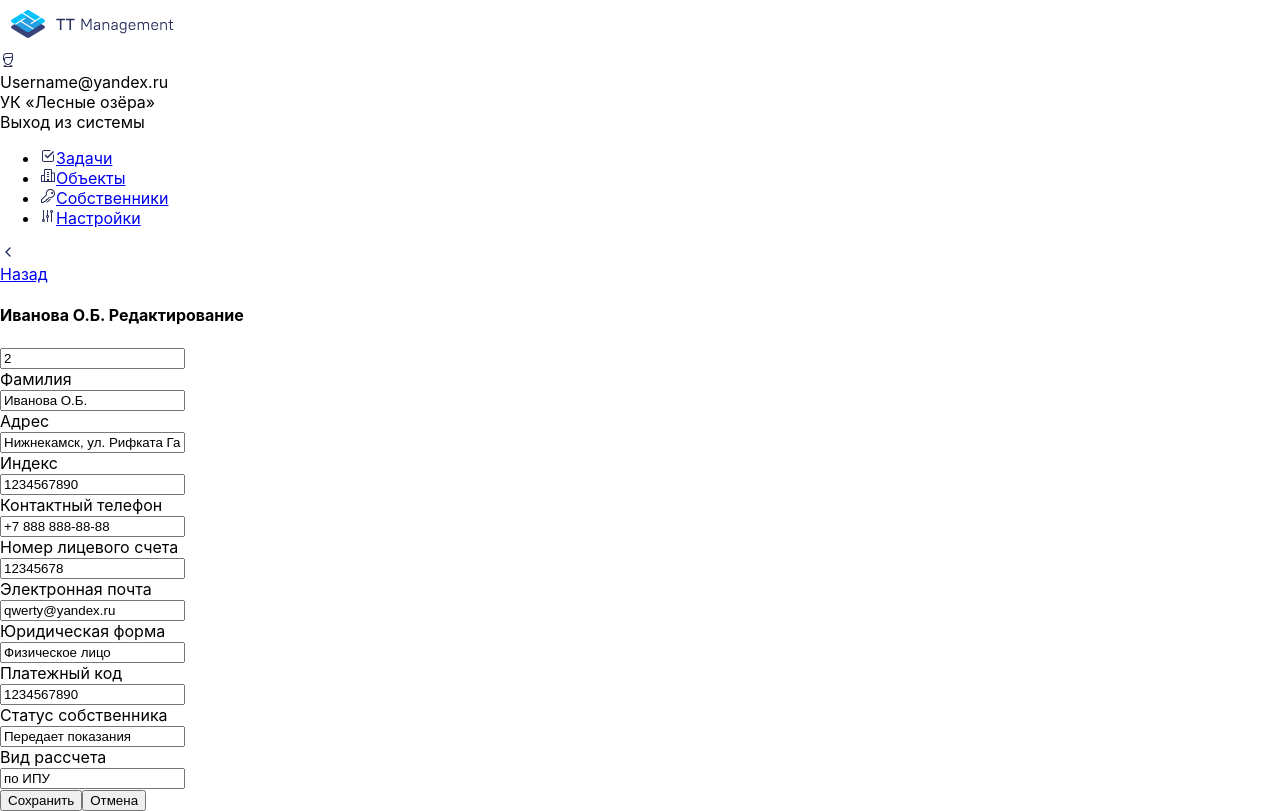
Repository: TryBr/tt-management
Page: /owners/1/edit
The author's editor kept a copy of each file at every save. The page is drawn from the files as they stood at one save, then again after the next save.
The browser window is 1280 px wide. The pictures show the whole page.
The project was rebuilt for these pictures with package versions that can differ from the ones it lists, and the page was loaded fresh each time. Also part of the build but not shown: src/App.css, src/TaskDetail.js, src/Owners.js, src/OwnerDetail.js.

Above is the page before, as saved 2020-07-21 14:09:49.

After the next save:
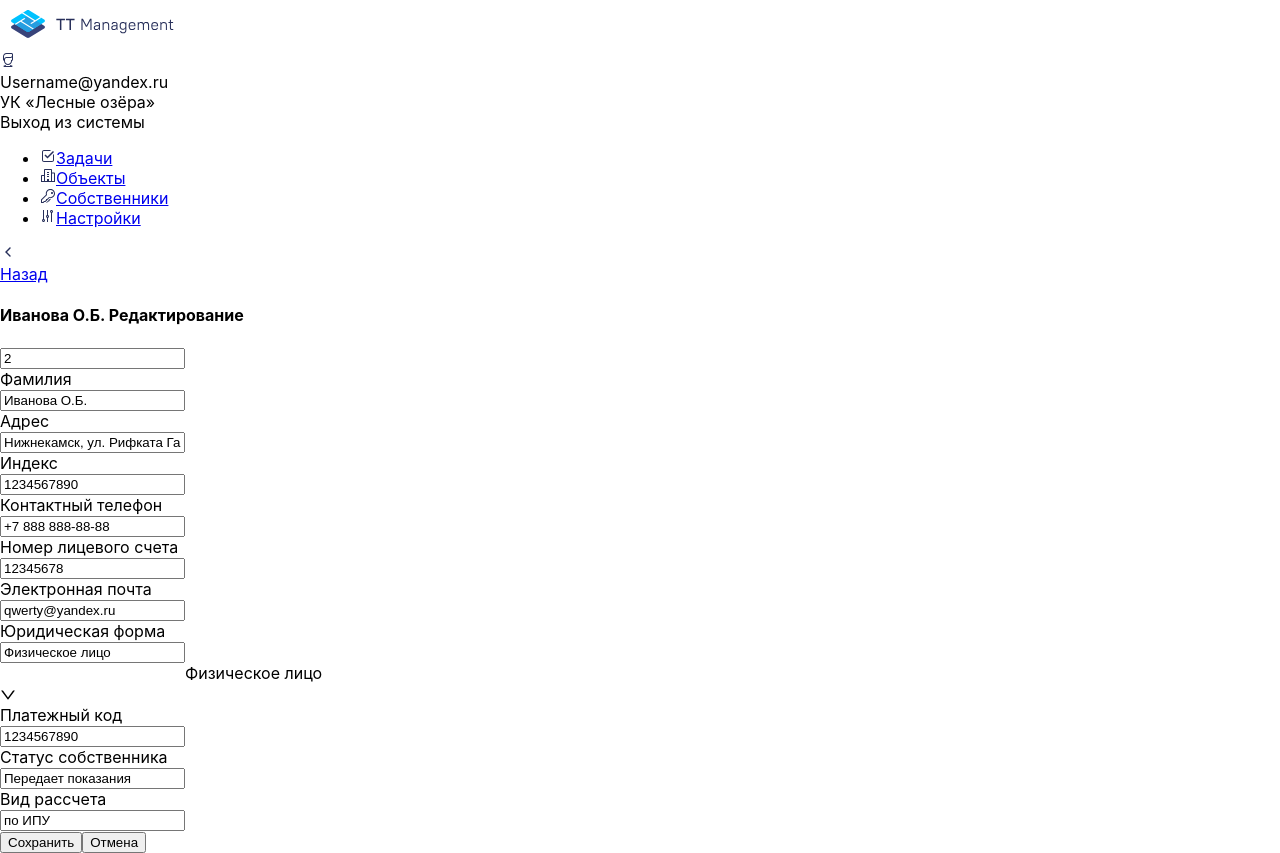
Saved 2 min 33 s later.
--- a/src/OwnerEdit.js
+++ b/src/OwnerEdit.js
@@ -68,6 +68,10 @@ const OwnerEdit = ({ owner, onOwnEdit }) => {
                             <Form.Item label="Юридическая форма" name="legalForm" initialValue={owner[id].legalForm}>
                                 <Input />
                             </Form.Item>
+                            <Select name="legalForm" defaultValue={owner[id].legalForm}>
+                                <Option value="physic">Физическое лицо</Option>
+                                <Option value="legal">Юридическое лицо</Option>
+                            </Select>
                             <Form.Item label="Платежный код" name="payCode" initialValue={owner[id].payCode}>
                                 <Input />
                             </Form.Item>
